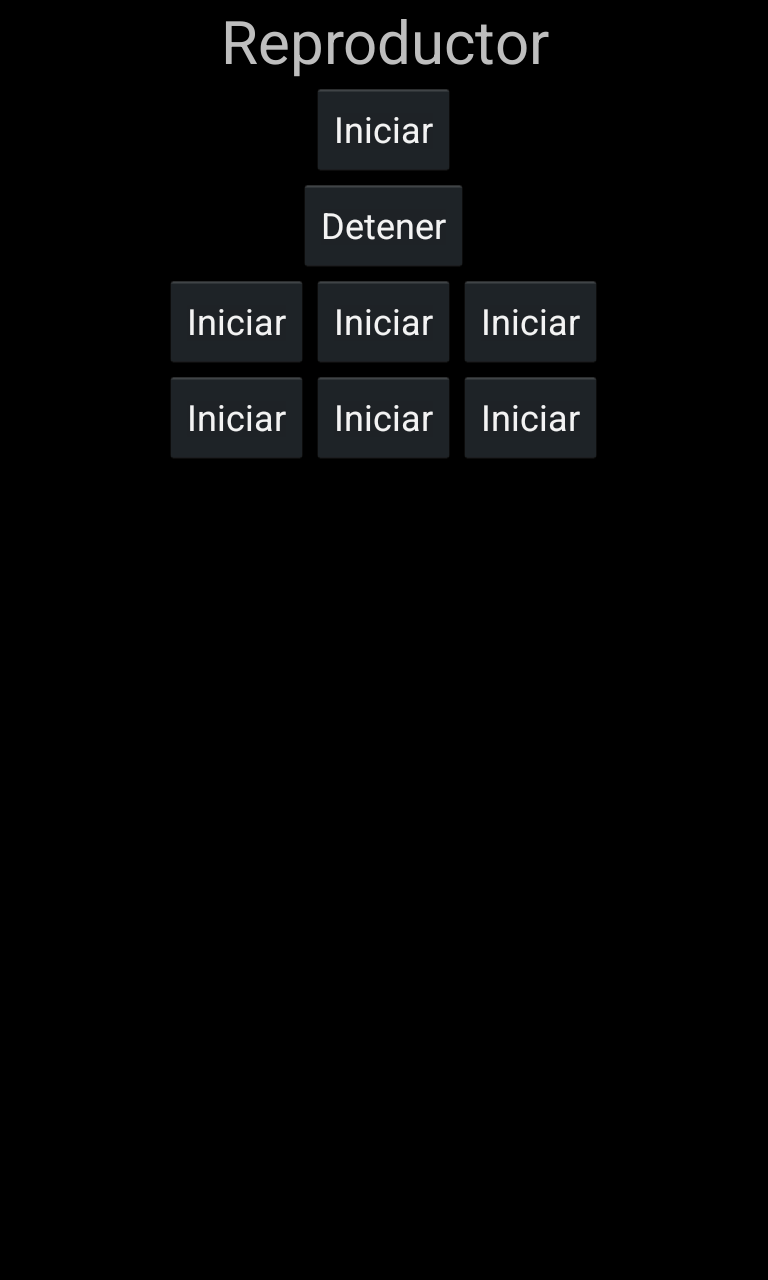
Repository: dorisserruto/un_exercises
Layout: javaandroid/Recursos/workspace-profe/lab13_player1/res/layout/main.xml
These files come from the project's save history. The layout is drawn as it stood at one moment and after the next save; the edit follows.
It is drawn on a 768 x 1280 px phone screen (xhdpi) without system bars, with theme android:Theme.Holo; the app's code is not run.

Above is the layout before, as saved 2012-06-24 16:43:00.

After the next save:
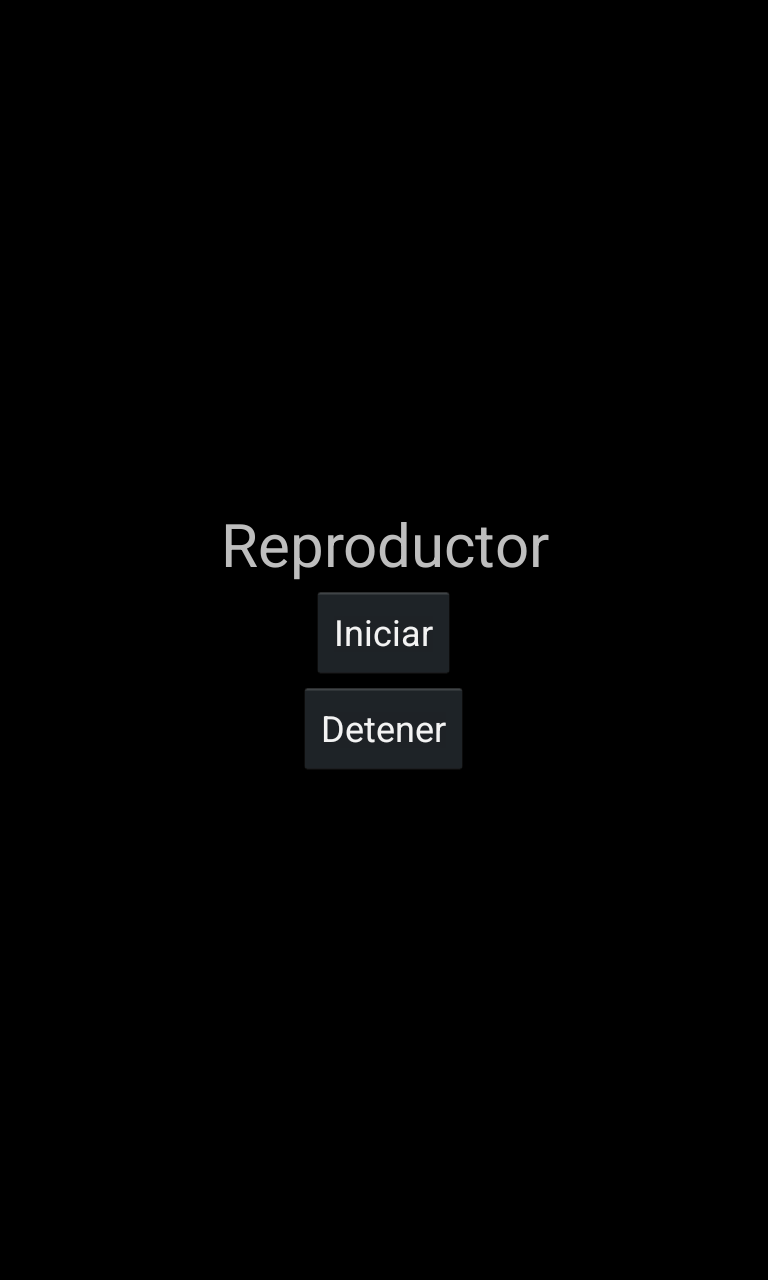
Saved 5 min 15 s later.
--- a/javaandroid/Recursos/workspace-profe/lab13_player1/res/layout/main.xml
+++ b/javaandroid/Recursos/workspace-profe/lab13_player1/res/layout/main.xml
@@ -26,54 +26,8 @@
         android:layout_height="wrap_content"
         android:text="Detener" />
 
-    <LinearLayout
-        android:layout_width="wrap_content"
-        android:layout_height="wrap_content"
-        android:orientation="horizontal" >
-        <Button
-        android:id="@+id/btnStart"
-        android:layout_width="wrap_content"
-        android:layout_height="wrap_content"
-        android:text="Iniciar" />
-        <Button
-        android:id="@+id/btnStart"
-        android:layout_width="wrap_content"
-        android:layout_height="wrap_content"
-        android:text="Iniciar" />
-        <Button
-        android:id="@+id/btnStart"
-        android:layout_width="wrap_content"
-        android:layout_height="wrap_content"
-        android:text="Iniciar" />
-    </LinearLayout>
 
-    <LinearLayout
-        android:layout_width="wrap_content"
-        android:layout_height="wrap_content"
-        android:orientation="horizontal" >
 
-        <Button
-        android:id="@+id/btnStart"
-        android:layout_width="wrap_content"
-        android:layout_height="wrap_content"
-        android:text="Iniciar" />
-        <Button
-        android:id="@+id/btnStart"
-        android:layout_width="wrap_content"
-        android:layout_height="wrap_content"
-        android:text="Iniciar" />
-        <Button
-        android:id="@+id/btnStart"
-        android:layout_width="wrap_content"
-        android:layout_height="wrap_content"
-        android:text="Iniciar" />
-    </LinearLayout>
 
-    <LinearLayout
-        android:layout_width="wrap_content"
-        android:layout_height="wrap_content"
-        android:layout_weight="0.27"
-        android:orientation="vertical" >
-    </LinearLayout>
 
 </LinearLayout>
